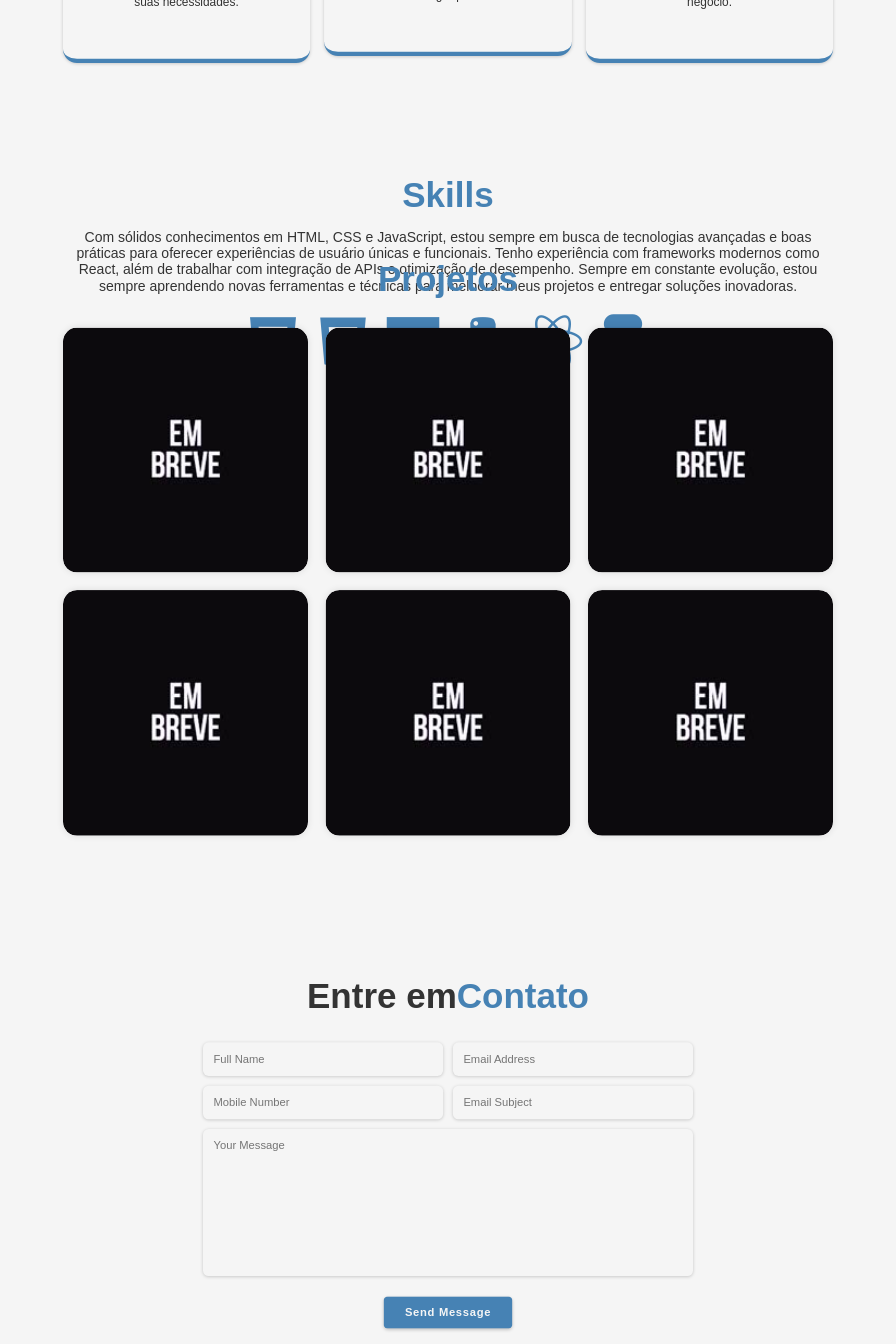
Repository: AliciaKathleen/portfolio-2025
Page: index.html
The author's editor kept a copy of each file at every save. The page is drawn from the files as they stood at one save, then again after the next save.
The browser window is 1280 px wide. The pictures show the part of the page from y = 2060 to 3980 px (the page is 4142 px tall before and 4132 px after), at 70% of full size.

Above is the page before, as saved 2025-01-27 17:57:54.
Console error: TypeError: Cannot read properties of null (reading 'classList')

After the next save:
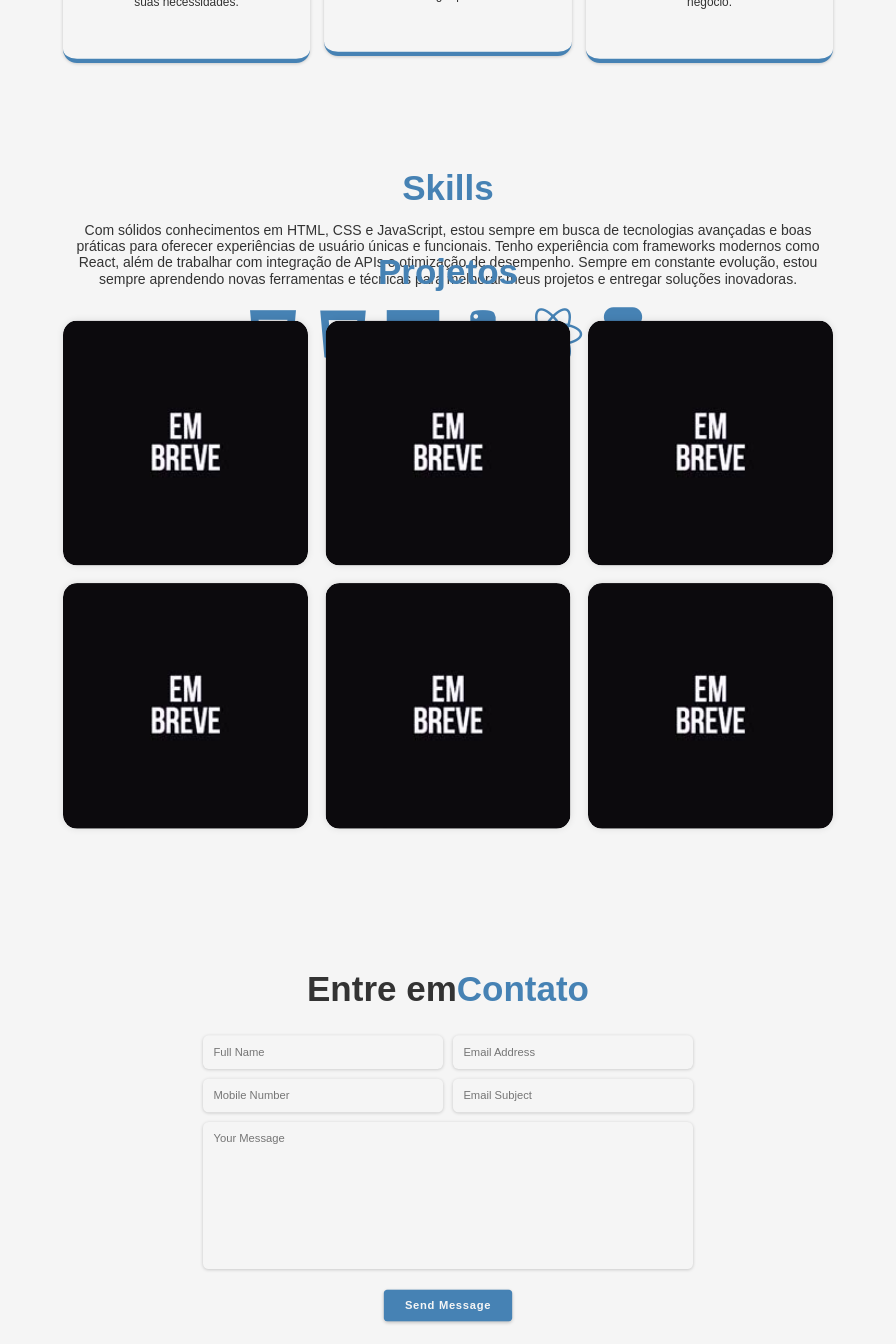
Saved 7 s later.
--- a/style.css
+++ b/style.css
@@ -350,7 +350,7 @@
 }
 
 .skills {
-    margin-top: -9rem;
+    margin-top: -10rem;
 }
 
 .skills-container {
